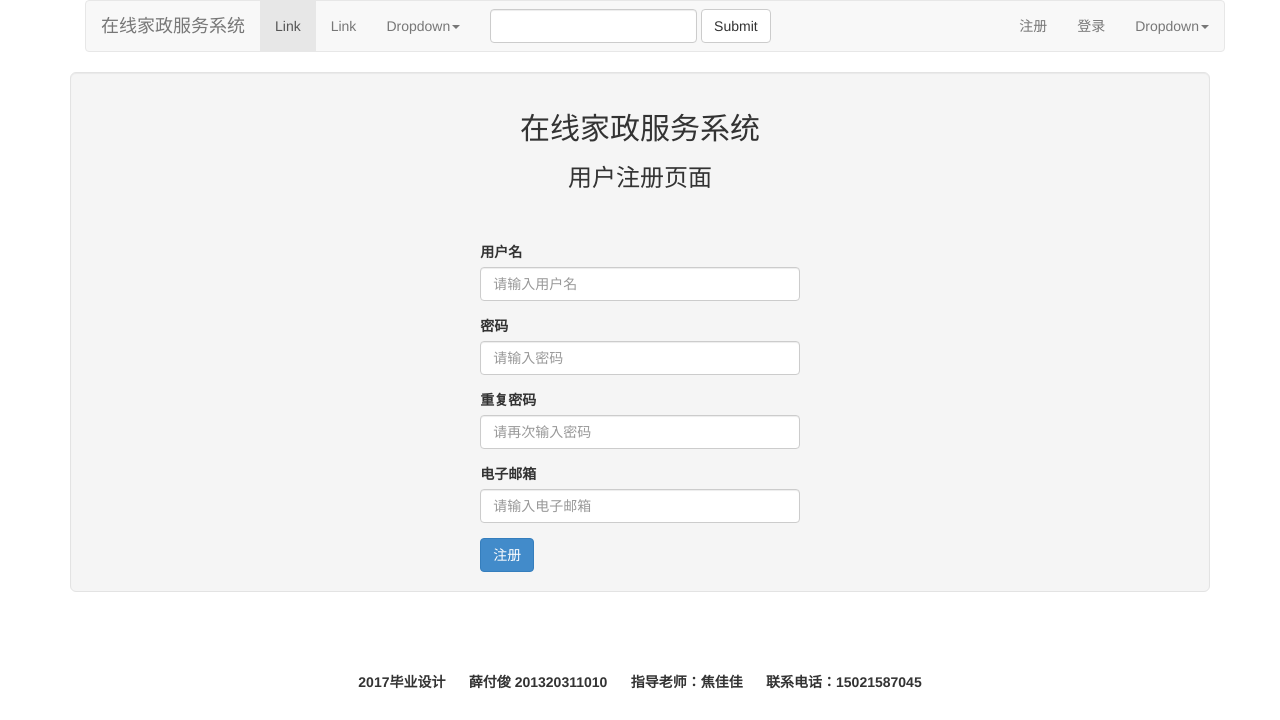
Repository: ELeonCXFJ/MyEclipseWS
Page: http://localhost/MyWeb/jsps/user/register.jsp
An editor plug-in stored every save of this project. The page is shown before and after the next save, followed by the edit.
The browser window is 1280 px wide. The pictures show the whole page.
The page is served by Tomcat 9. Nobody is signed in. The application's start-up code is not run.

Above is the page before, as saved 2017-03-17 04:43:58.

After the next save:
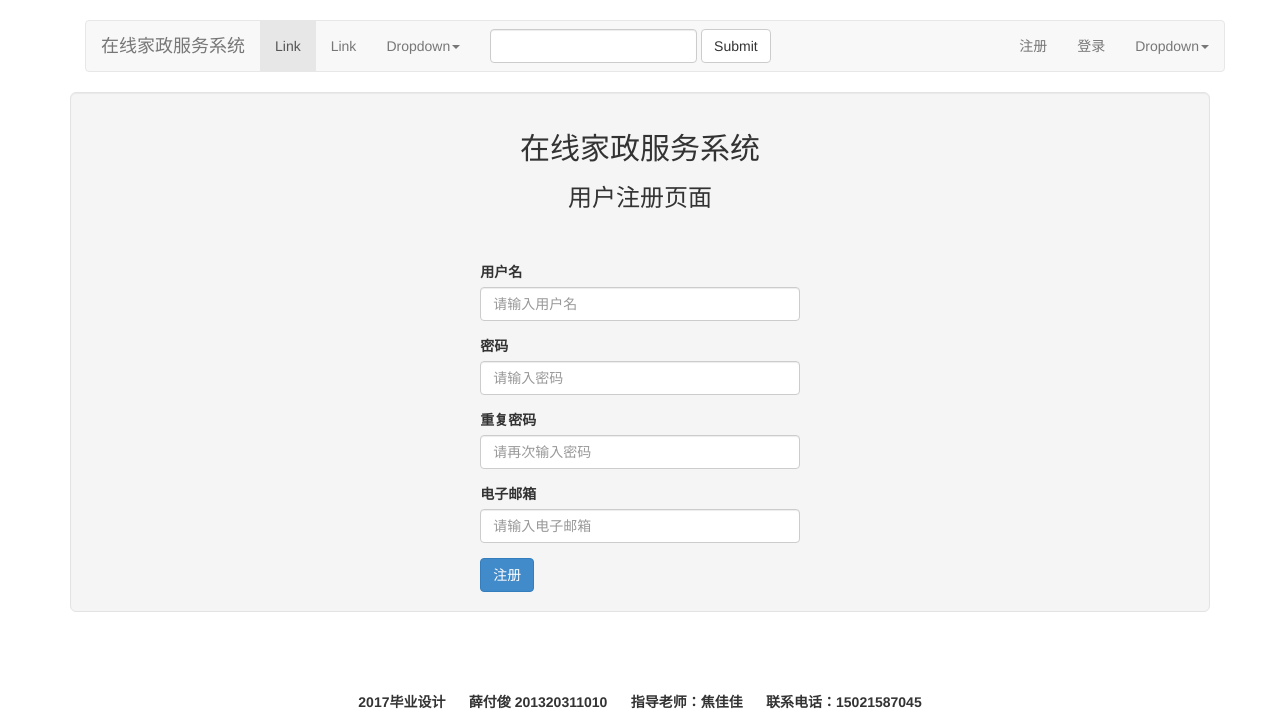
Saved 39 s later.
--- a/MyWeb/WebRoot/top.jsp
+++ b/MyWeb/WebRoot/top.jsp
@@ -10,7 +10,7 @@
 <body>
 
 <div class="container" align="center">
-	<div class="row clearfix">
+	&nbsp;<div class="row clearfix">
 		<div class="col-md-12 column">
 			<nav class="navbar navbar-default" role="navigation">
 				<div class="navbar-header">

After the save that followed:
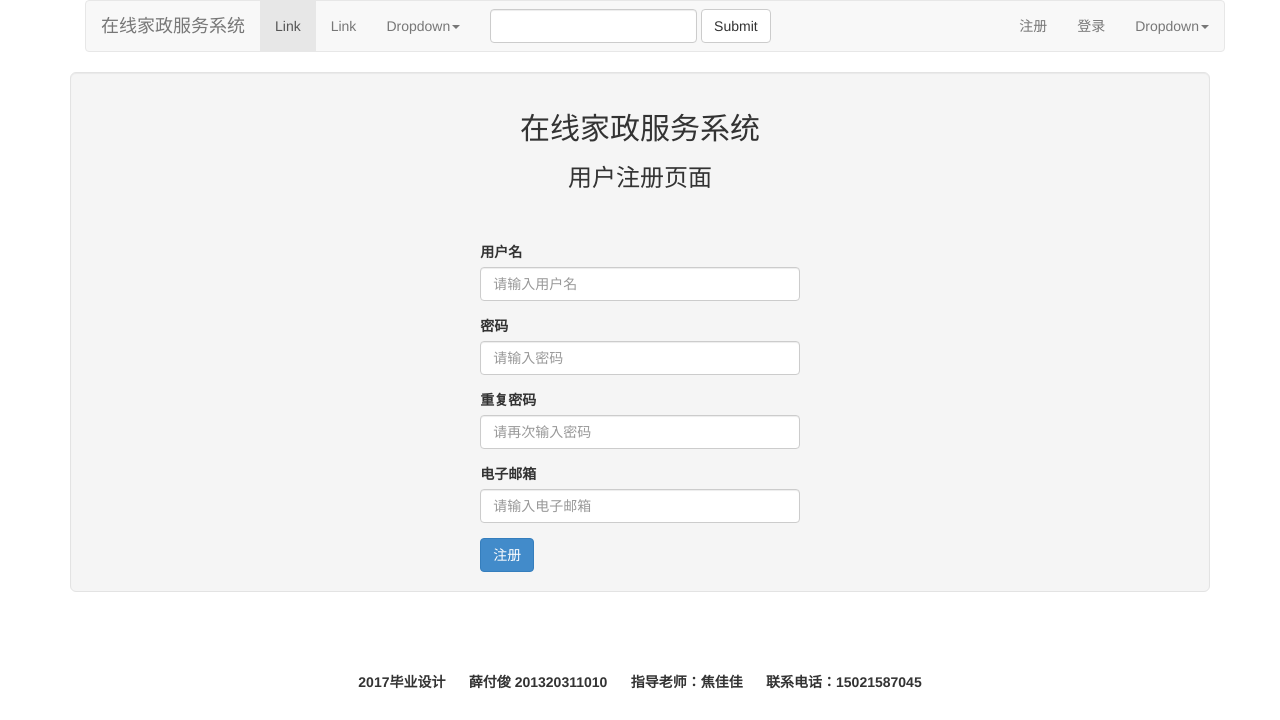
Saved 9 s later.
--- a/MyWeb/WebRoot/top.jsp
+++ b/MyWeb/WebRoot/top.jsp
@@ -10,7 +10,7 @@
 <body>
 
 <div class="container" align="center">
-	&nbsp;<div class="row clearfix">
+	<div class="row clearfix">
 		<div class="col-md-12 column">
 			<nav class="navbar navbar-default" role="navigation">
 				<div class="navbar-header">
